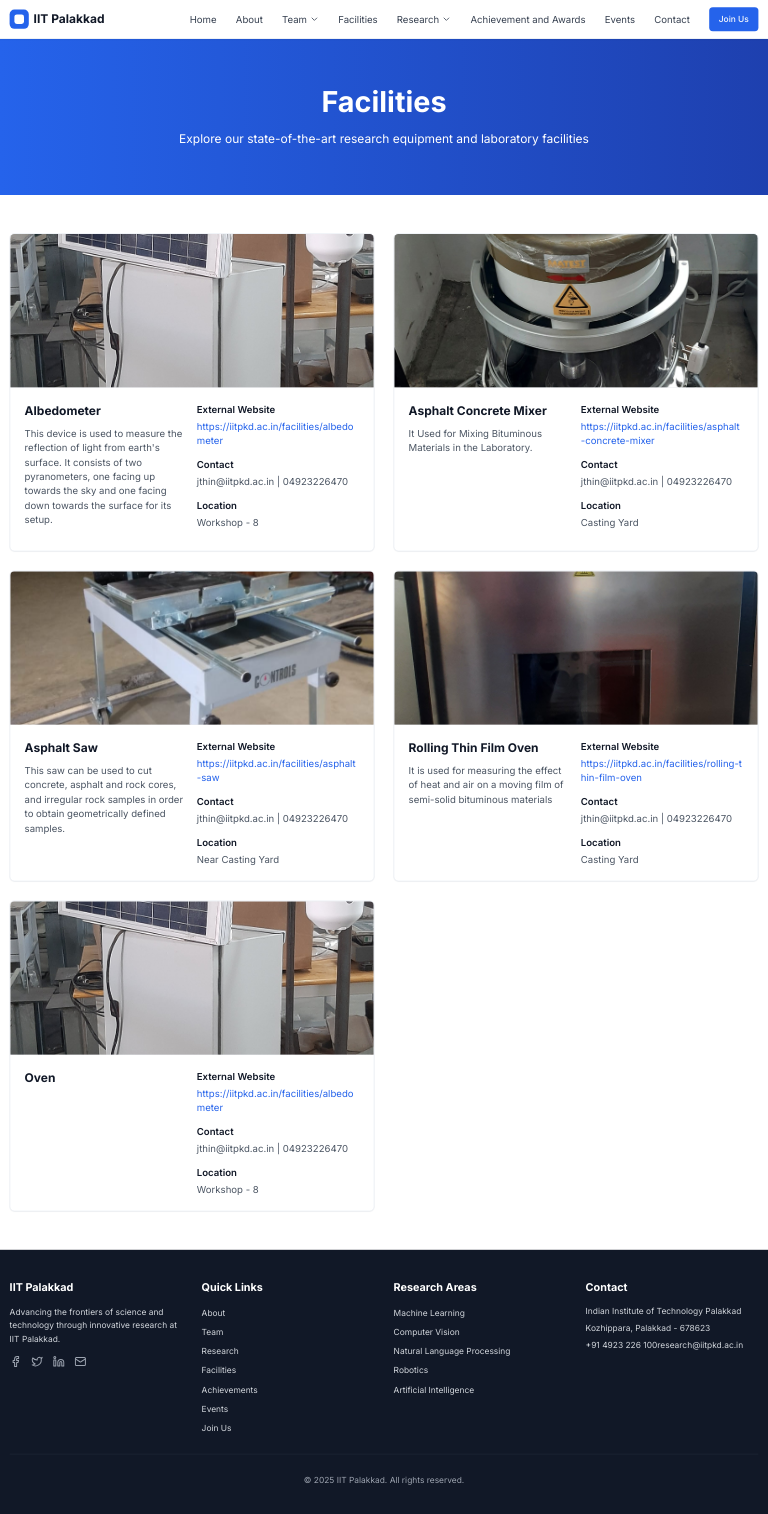
Repository: Gopikrish-30/ARISE
Page: /facilities
An editor plug-in stored every save of this project. The page is shown before and after a run of saves, followed by the edit.
The browser window is 1280 px wide. The pictures show the whole page, at 60% of full size.
The project was rebuilt for these pictures with package versions that can differ from the ones it lists, and the page was loaded fresh each time. The framework's server and built-in components were replaced by stand-ins that run in the browser. Also part of the build but not shown: next.config.mjs.

Above is the page before, as saved 2025-06-27 22:51:53.

After the next 2 saves:
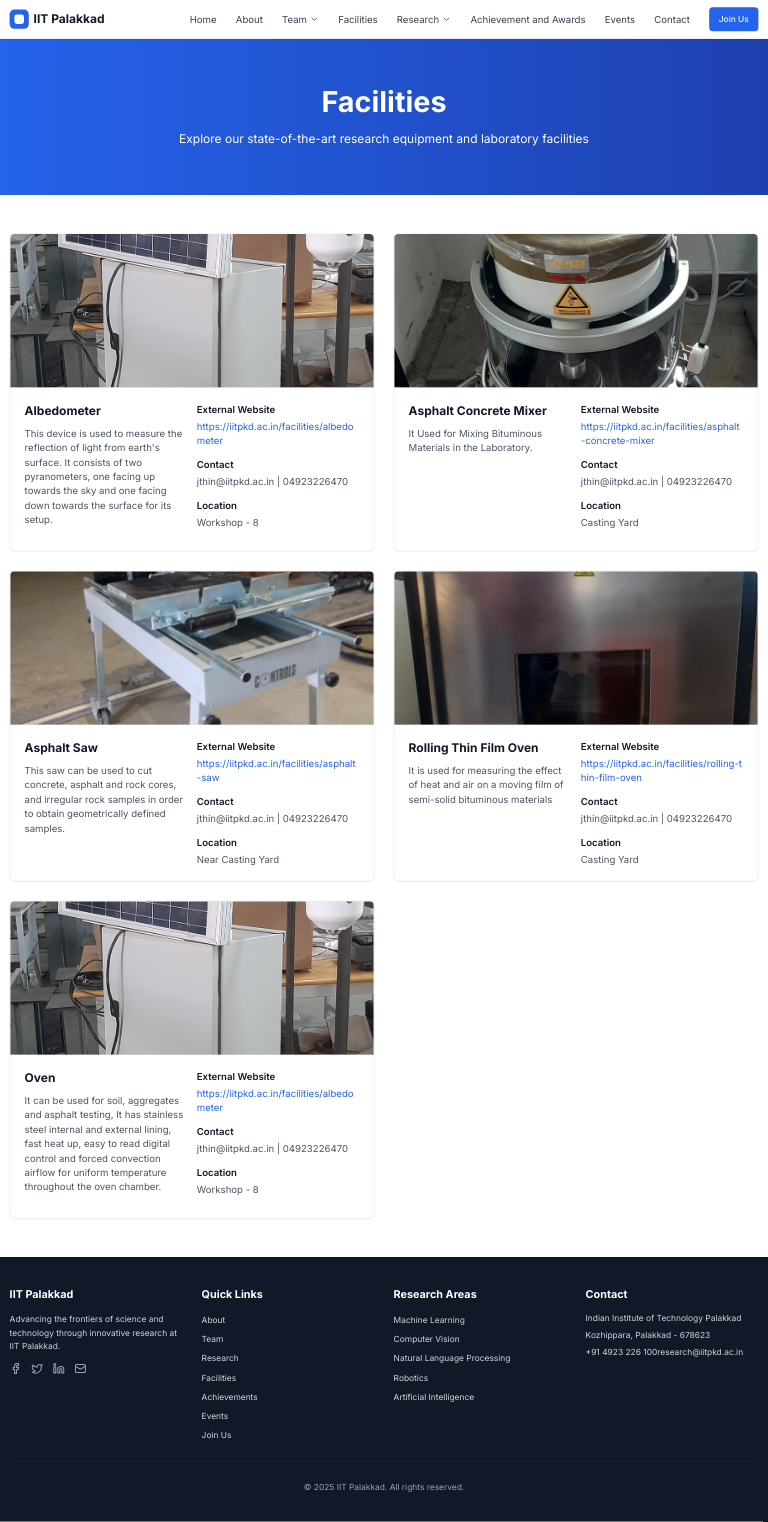
The 2 saves are shown as one change because 1 did not build or start.
The last was saved 15 s later.
--- a/app/facilities/page.tsx
+++ b/app/facilities/page.tsx
@@ -46,7 +46,7 @@
 
     {
       title: "Oven",
-      description: "",
+      description: "It can be used for soil, aggregates and asphalt testing, It has stainless steel internal and external lining, fast heat up, easy to read digital control and forced convection airflow for uniform temperature throughout the oven chamber.",
       image: "/facilities/Albedometer_0.jpg?height=250&width=400&text=HPC+Cluster",
       externalLink: "https://iitpkd.ac.in/facilities/albedometer",
       contact: "jthin@iitpkd.ac.in | 04923226470",
